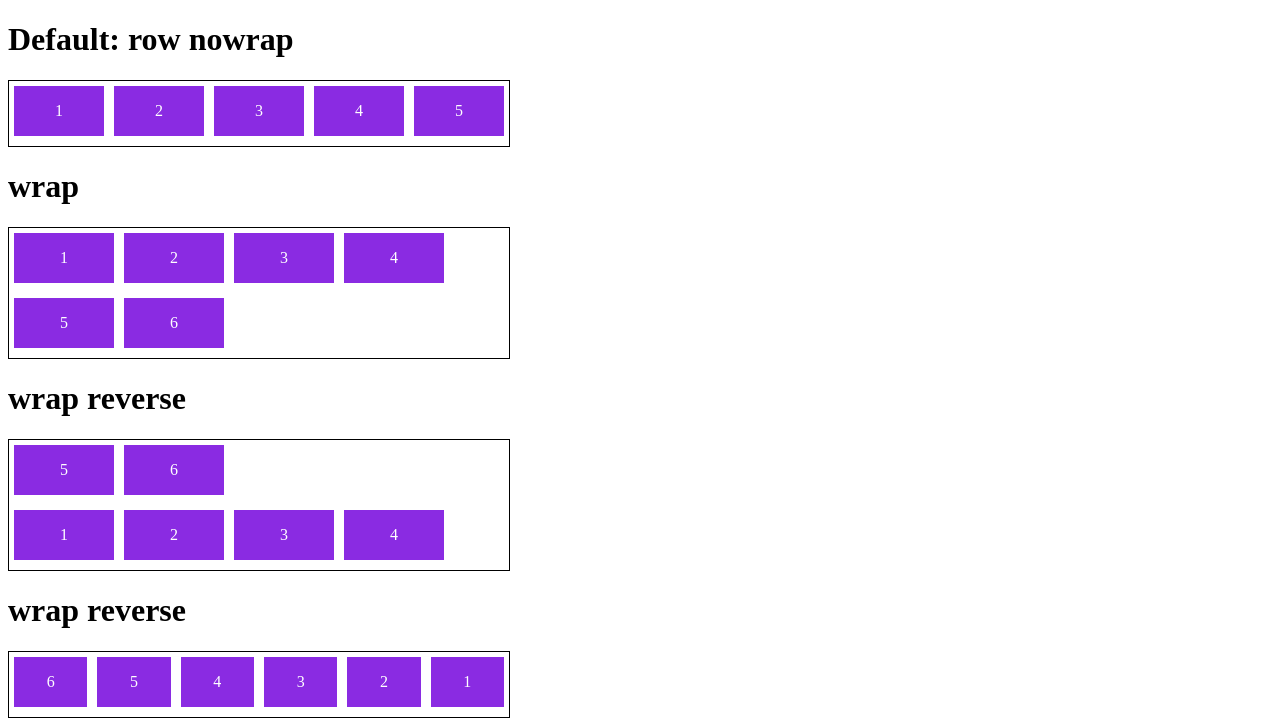
Repository: gabrielbino/projects-dio
Page: Flexbox/@flex-flow.html
The author's editor kept a copy of each file at every save. The page is drawn from the files as they stood at one save, then again after the next save.
The browser window is 1280 px wide. The pictures show the whole page.

Above is the page before, as saved 2021-10-22 17:14:36.

### Flexbox/@flex-flow.html
<!DOCTYPE html>
<html lang="en">
  <head>
    <meta charset="UTF-8" />
    <meta name="viewport" content="width=device-width, initial-scale=1.0" />
    <title>Fundamentos - Flex flow</title>

    <style>
      .flexContainer {
        display: flex;
        border: 1px solid black;
        max-width: 500px;
      }

      .default {
        flex-flow: row nowrap;
      }

      .wrap {
        flex-flow: row wrap;
      }

      .wrapReverse {
        flex-flow: row wrap-reverse;
      }

      .rNowWrap {
        flex-flow: row-reverse nowrap;
      }

      .flexItem {
        width: 100px;
        height: 50px;
        margin: 5px;
        margin-bottom: 10px;
        text-align: center;
        line-height: 50px;
        background-color: blueviolet;
        color: white;
      }
    </style>
  </head>
  <body>
    <h1>Default: row nowrap</h1>
    <div class="flexContainer default">
      <div class="flexItem">1</div>
      <div class="flexItem">2</div>
      <div class="flexItem">3</div>
      <div class="flexItem">4</div>
      <div class="flexItem">5</div>
    </div>

    <h1>wrap</h1>
    <div class="flexContainer wrap">
      <div class="flexItem">1</div>
      <div class="flexItem">2</div>
      <div class="flexItem">3</div>
      <div class="flexItem">4</div>
      <div class="flexItem">5</div>
      <div class="flexItem">6</div>
    </div>

    <h1>wrap reverse</h1>
    <div class="flexContainer wrapReverse">
      <div class="flexItem">1</div>
      <div class="flexItem">2</div>
      <div class="flexItem">3</div>
      <div class="flexItem">4</div>
      <div class="flexItem">5</div>
      <div class="flexItem">6</div>
    </div>

    <h1>wrap reverse</h1>
    <div class="flexContainer rNowWrap">
      <div class="flexItem">1</div>
      <div class="flexItem">2</div>
      <div class="flexItem">3</div>
      <div class="flexItem">4</div>
      <div class="flexItem">5</div>
      <div class="flexItem">6</div>
  </body>
</html>

After the next save:
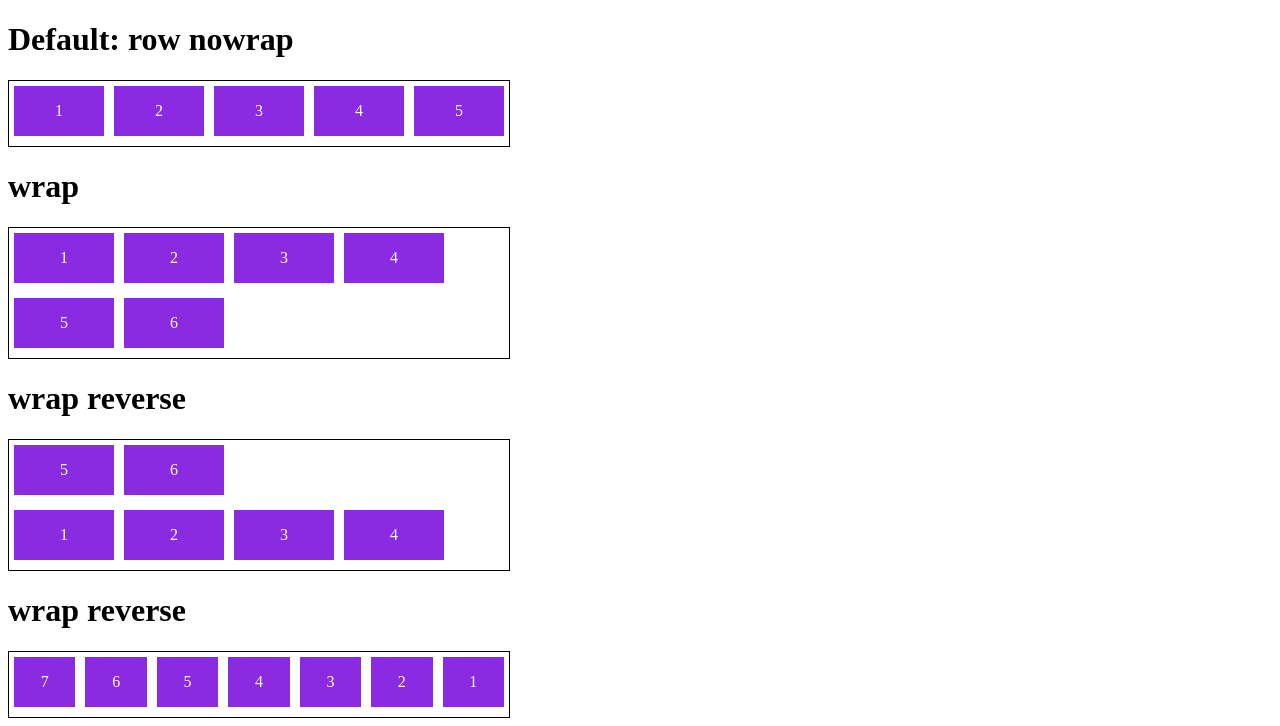
Saved 12 s later.
--- a/Flexbox/@flex-flow.html
+++ b/Flexbox/@flex-flow.html
@@ -78,5 +78,6 @@
       <div class="flexItem">4</div>
       <div class="flexItem">5</div>
       <div class="flexItem">6</div>
+      <div class="flexItem">7</div>
   </body>
 </html>
